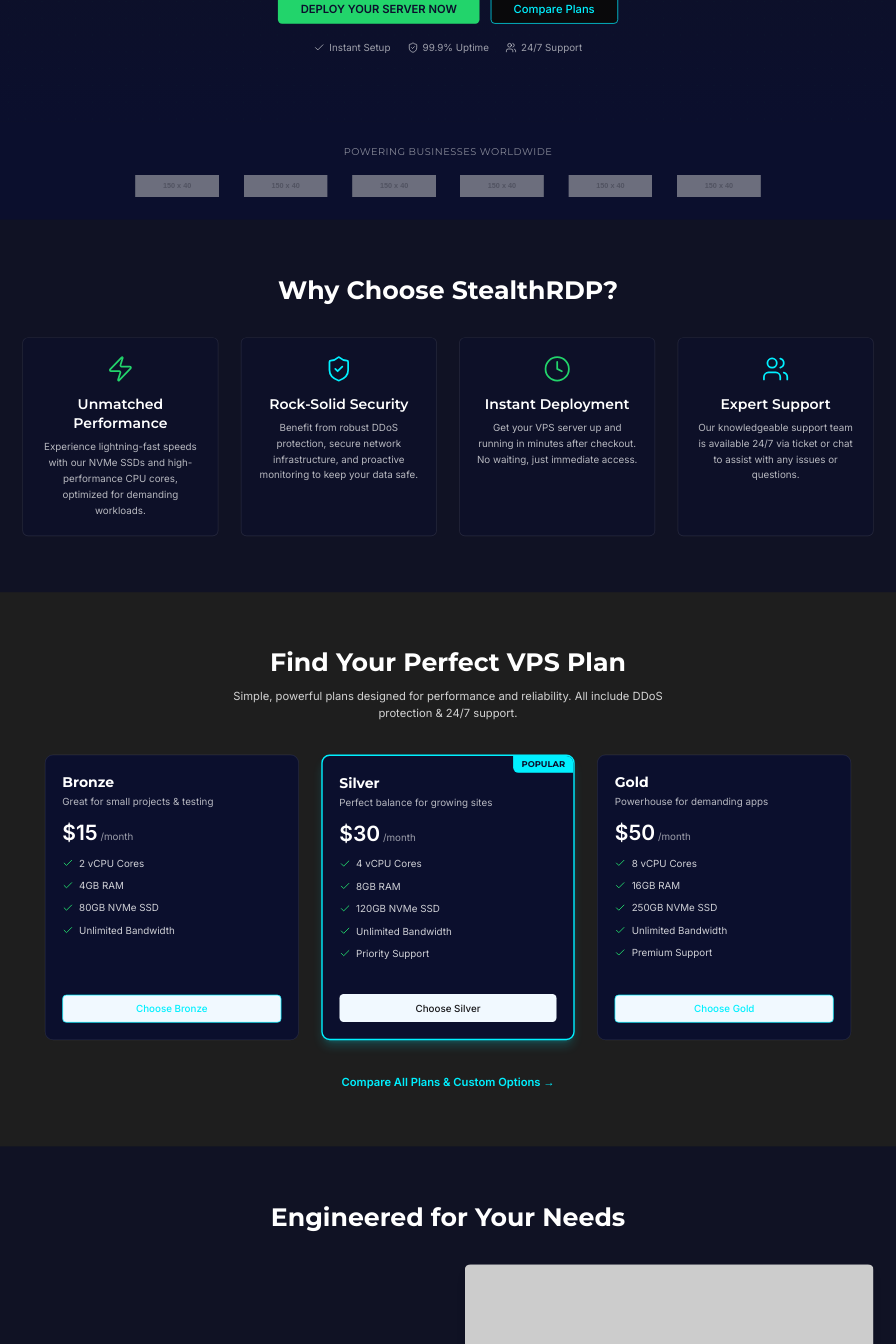
Repository: Husnainn01/stealthrdp2
Page: /
These files come from the project's save history. The page is drawn as it stood at one moment and after the next save; the edit follows.
The browser window is 1280 px wide. The pictures show the part of the page from y = 370 to 2290 px (the page is 4305 px tall before and 4297 px after), at 70% of full size.
The project was rebuilt for these pictures with package versions that can differ from the ones it lists, and the page was loaded fresh each time. Also part of the build but not shown: vite.config.ts, src/components/ui/tooltip.tsx, src/components/ui/accordion.tsx, src/pages/FAQ.tsx, src/components/ui/card.tsx, src/components/ui/tabs.tsx, src/pages/Plans.tsx, src/pages/Features.tsx and 1 more.

Above is the page before, as saved 2025-05-05 23:18:23.

After the next save:
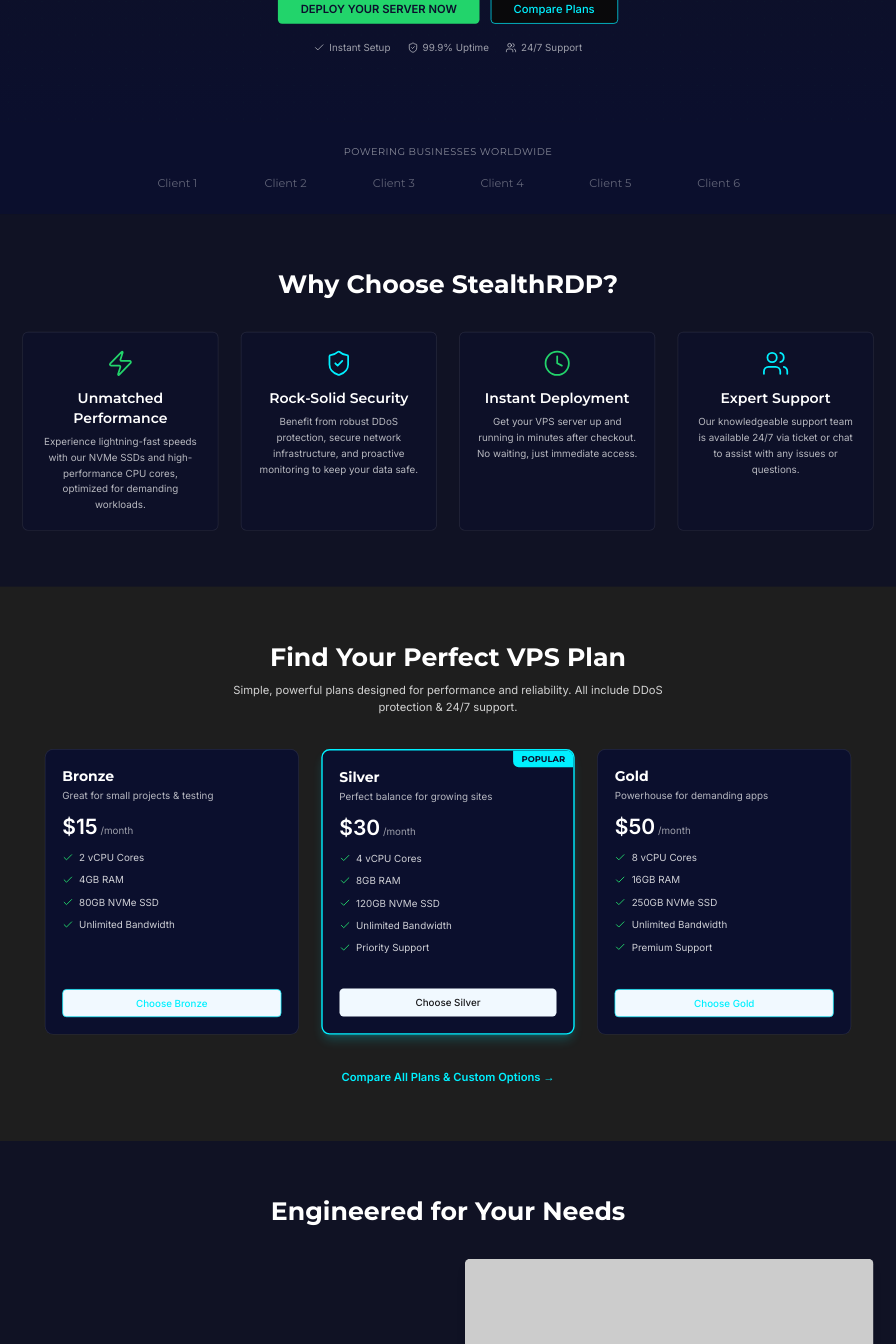
Saved 102 s later.
--- a/src/pages/Index.tsx
+++ b/src/pages/Index.tsx
@@ -43,11 +43,9 @@
           <div className="grid grid-cols-3 md:grid-cols-6 gap-8 items-center max-w-4xl mx-auto">
             {[1, 2, 3, 4, 5, 6].map((i) => (
               <div key={i} className="flex justify-center">
-                <img
-                  src={`https://placehold.co/150x40/FFFFFF/CCCCCC?text=Client+${i}&font=montserrat`}
-                  alt={`Client Logo ${i}`}
-                  className="h-6 md:h-8 w-auto opacity-50 hover:opacity-90 transition-opacity"
-                />
+                <span className="font-montserrat text-white/50 text-sm md:text-base opacity-70 hover:opacity-100 transition-opacity">
+                  Client {i}
+                </span>
               </div>
             ))}
           </div>
